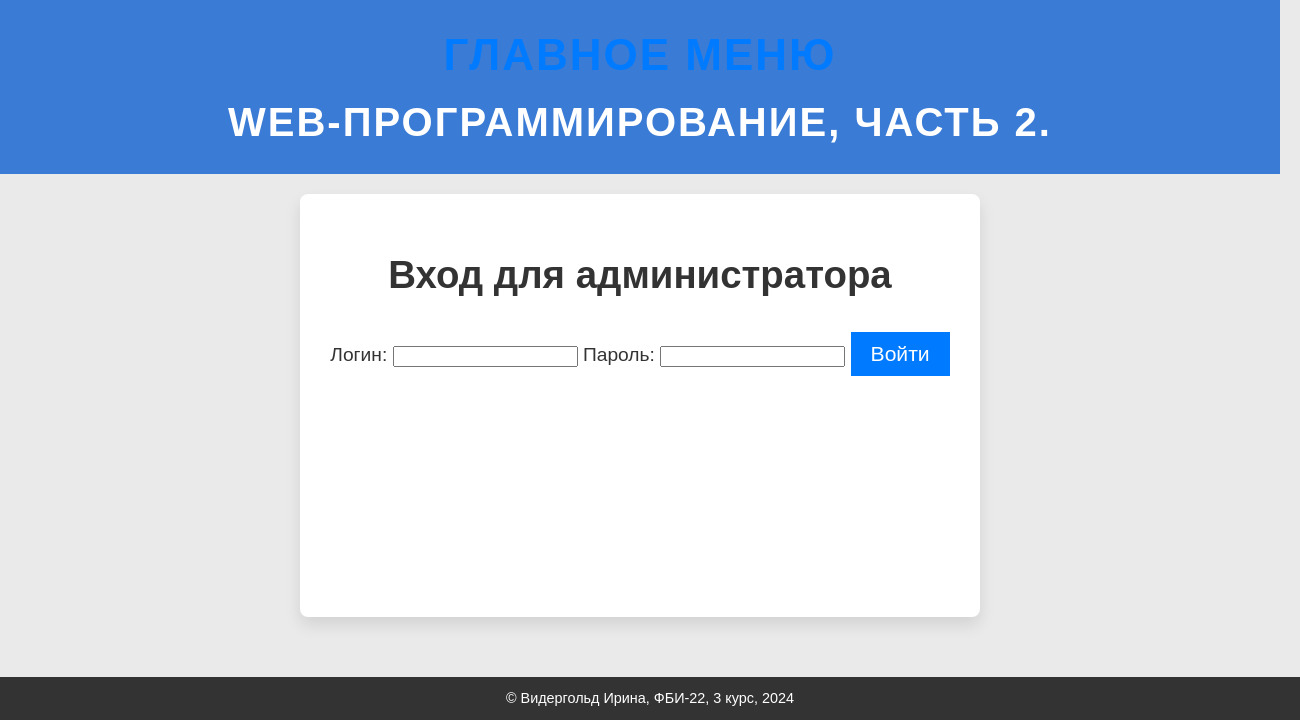
Repository: vidergooold/web-programming-labs_2-
Page: templates/rgz/login.html
An editor plug-in stored every save of this project. The page is shown before and after a run of saves, followed by the edit.
The browser window is 1280 px wide. The page is 1300 px wide, so the pictures cover 1300 px, including what lies to the right of the window. The pictures show the whole page.
The page is served by the project's application, run on Flask 3 (app.py). Other server files are loaded and not shown. The template is opened directly, without the code that normally fills it, so the values that code supplies are empty.

Above is the page before, as saved 2024-11-25 00:00:11.

### templates/rgz/login.html
{% extends "base.html" %}
{% block main %}
<h1>Вход для администратора</h1>
<form method="post">
    <label>Логин: <input type="text" name="username"></label>
    <label>Пароль: <input type="password" name="password"></label>
    <button type="submit">Войти</button>
</form>
{% endblock %}

<h1>Вход для администратора</h1>
<form method="post">
    <label>Логин: <input type="text" name="username" required></label><br>
    <label>Пароль: <input type="password" name="password" required></label><br>
    <button type="submit">Войти</button>
</form>
<a href="{{ url_for('rgz.books_list') }}">Вернуться к списку книг</a>

### templates/base.html
<!DOCTYPE html>
<html lang="ru">
<head>
    <meta charset="UTF-8">
    <meta name="viewport" content="width=device-width, initial-scale=1.0">
    <title>Видергольд Ирина. {% block lab %}{% endblock %}</title>
    <link rel="stylesheet" href="{{ url_for('static', filename='main.css' )}}">
    <link rel="icon" href="{{ url_for('static', filename='favicon.ico') }}" type="image/x-icon">

    <style>
        body {
            {% if request.cookies.get('color') %}
            color: {{ request.cookies.get('color') }};
            {% endif %}
            {% if request.cookies.get('background_color') %}
            background-color: {{ request.cookies.get('background_color') }};
            {% endif %}
            {% if request.cookies.get('font_size') %}
            font-size: {{ request.cookies.get('font_size') }}px;
            {% endif %}
            {% if request.cookies.get('font_style') %}
            font-style: {{ request.cookies.get('font_style') }};
            {% endif %}
        }
    </style>
    {% block script %}{% endblock %}
</head>
<body>
    <header>
        <a href="/">Главное меню</a><br>
        WEB-программирование, часть 2. {{ self.lab() }}
    </header>

    <main>
        {% block main %}{% endblock %}
    </main>

    <footer>
        &copy; Видергольд Ирина, ФБИ-22, 3 курс, 2024
    </footer>
</body>
</html>

### app.py
from flask import Flask, url_for
from dotenv import load_dotenv
import os
from lab1 import lab1
from lab2 import lab2
from lab3 import lab3
from lab4 import lab4
from lab5 import lab5
from lab6 import lab6

load_dotenv()

app = Flask(__name__)
# Чтение секретного ключа и типа базы данных из переменных окружения
app.config['SECRET_KEY'] = os.getenv('SECRET_KEY', 'секретно-секретный секрет')
app.config['DB_TYPE'] = os.getenv('DB_TYPE', 'sqlite')

app.register_blueprint(lab1, url_prefix='/lab1')
app.register_blueprint(lab2, url_prefix='/lab2')
app.register_blueprint(lab3, url_prefix='/lab3', name='lab3')
app.register_blueprint(lab4, url_prefix='/lab4')
app.register_blueprint(lab5, url_prefix='/lab5')
app.register_blueprint(lab6, url_prefix='/lab6')

# Глобальная переменная для отслеживания состояния ресурса
resource_created = False

@app.route("/")
@app.route("/index")
def index():
    css_path = url_for('static', filename='main.css')
    favicon_path = url_for('static', filename='favicon.ico')
    lab1_url = url_for('lab1.lab')
    lab2_url = url_for('lab2.lab_2')
    lab3_url = url_for('lab3.lab')
    lab4_url = url_for('lab4.lab')
    lab5_url = url_for('lab5.lab')
    lab6_url = url_for('lab6.lab')

    return f'''
<!doctype html>
<html>
    <head>
        <title>НГТУ, ФБ, Лабораторные работы</title>
        <link rel="stylesheet" type="text/css" href="{css_path}">
        <link rel="icon" href="{favicon_path}" type="image/x-icon">
    </head>
    <body>
        <div>
            <h1>НГТУ, ФБ, WEB-программирование, часть 2. Список лабораторных</h1>
            <nav>
                <ul>
                    <li><a href="{lab1_url}">Лабораторная 1</a></li>
                    <li><a href="{lab2_url}">Лабораторная 2</a></li>
                    <li><a href="{lab3_url}">Лабораторная 3</a></li>
                    <li><a href="{lab4_url}">Лабораторная 4</a></li>
                    <li><a href="{lab5_url}">Лабораторная 5</a></li>
                    <li><a href="{lab6_url}">Лабораторная 6</a></li>
                </ul>
            </nav>
        </div>
        <footer class="footer-home">
            <p>ФИО: Видергольд Ирина Сергеевна</p>
            <p>Группа: ФБИ-22</p>
            <p>Курс: 3</p>
            <p>Год: 2024</p>
        </footer>
    </body>
</html>
'''

# Обработчик для ошибки 404
@app.errorhandler(404)
def page_not_found(e):
    image_path = url_for('static', filename='/lab1/delulu.jpg')
    favicon_path = url_for('static', filename='favicon.ico')
    return f'''
<!doctype html>
<html>
    <head>
        <title>404 - Страница не найдена</title>
        <link rel="icon" href="{favicon_path}" type="image/x-icon">
        <style>
            body {{
                background-color: #f8f9fa;
                color: #333;
                font-family: Arial, sans-serif;
                text-align: center;
                padding: 50px;
            }}
            h1 {{
                font-size: 3em;
                margin-bottom: 20px;
                color: #ff6f61;
            }}
            p {{
                font-size: 1.2em;
                margin-bottom: 30px;
            }}
            img {{
                width: 300px;
                height: auto;
                margin-bottom: 30px;
            }}
            a {{
                text-decoration: none;
                color: #007bff;
                font-weight: bold;
            }}
            a:hover {{
                text-decoration: underline;
            }}
        </style>
    </head>
    <body>
        <h1>404 - Страница потерялась</h1>
        <p>Извините, но мы не можем найти нужную вам страницу.</p>
        <img src="{image_path}" alt="404 - Not Found">
        <p>Попробуйте вернуться на <a href="/">главную страницу</a> и продолжить навигацию оттуда.</p>
    </body>
</html>
''', 404

# Обработчик для ошибки 500
@app.errorhandler(500)
def internal_server_error(e):
    favicon_path = url_for('static', filename='favicon.ico')
    return f'''
<!doctype html>
<html>
    <head>
        <title>500 - Внутренняя ошибка сервера</title>
        <link rel="icon" href="{favicon_path}" type="image/x-icon">
    </head>
    <body>
        <h1>500 - Внутренняя ошибка сервера</h1>
        <p>На сервере произошла ошибка. Мы работаем над её исправлением.</p>
        <p>Пожалуйста, вернитесь на <a href="/">главную страницу</a> и попробуйте снова позже.</p>
    </body>
</html>
''', 500

### lab3.py
from flask import Blueprint, make_response, redirect, render_template, request

lab3 = Blueprint('lab3', __name__)

@lab3.route('/lab3/')
def lab():
    name = request.cookies.get('name')
    name_color = request.cookies.get('name_color')
    age = request.cookies.get('age')  # Добавляем получение возраста
    return render_template('lab3/lab3.html', name=name, name_color=name_color, age=age)

@lab3.route('/cookie')
def cookie():
    resp = make_response(redirect('/lab3/lab3'))
    resp.set_cookie('name', 'Alex', max_age=5)
    resp.set_cookie('age', '20')  # Устанавливаем возраст
    resp.set_cookie('name_color', 'magenta')
    return resp

@lab3.route('/del_cookie')
def del_cookie():
    resp = make_response(redirect('/lab3/lab3'))
    resp.delete_cookie('name')
    resp.delete_cookie('age')  # Удаляем возраст
    resp.delete_cookie('name_color')
    return resp

@lab3.route('/lab3/form1')
def form1():
    errors = {}
    user = request.args.get('user')
    if user == '':
        errors['user'] = 'Заполните поле!'

    age = request.args.get('age')
    if age == '':
        errors['age'] = 'Заполните поле!'

    age = request.args.get('age')
    sex = request.args.get('sex')
    return render_template('lab3/form1.html', user=user, age=age, sex=sex, errors=errors)

@lab3.route('/lab3/order')
def order():
    return render_template('lab3/order.html')

@lab3.route('/lab3/pay')
def pay():
    price = 0
    drink = request.args.get('drink')
    # Пусть кофе стоит 120 рублей, черный чай - 80, зеленый - 70 рублей
    if drink == 'coffee':
        price = 120
    elif drink == 'black-tea':
        price = 80
    else:
        price = 70

    # Добавка молока удоражает напиток на 30 рублей, а сахара - на 10
    if request.args.get('milk') == 'on':
        price += 30
    if request.args.get('sugar') == 'on':
        price += 10

    return render_template('lab3/pay.html', price=price)

@lab3.route('/lab3/success')
def success():
    # Получаем сумму из запроса (она была рассчитана на странице оплаты)
    price = request.args.get('price')
    return render_template('lab3/success.html', price=price)

@lab3.route('/lab3/settings', methods=['GET', 'POST'])
def settings():
    if request.method == 'POST':
        # Получаем выбранные настройки из формы
        color = request.form.get('color')
        background_color = request.form.get('background_color')
        font_size = request.form.get('font_size')
        font_style = request.form.get('font_style')

        # Устанавливаем куки с настройками и перенаправляем на эту же страницу
        resp = make_response(redirect('/lab3/lab3/settings'))
        if color:
            resp.set_cookie('color', color)
        if background_color:
            resp.set_cookie('background_color', background_color)
        if font_size:
            resp.set_cookie('font_size', font_size)
        if font_style:
            resp.set_cookie('font_style', font_style)
        return resp

    # Получаем настройки из куки, если они есть
    color = request.cookies.get('color')
    background_color = request.cookies.get('background_color')
    font_size = request.cookies.get('font_size')
    font_style = request.cookies.get('font_style')

    # Рендерим страницу с текущими настройками из куки
    return make_response(render_template('lab3/settings.html', color=color, background_color=background_color, font_size=font_size, font_style=font_style))

@lab3.route('/lab3/ticket_form', methods=['GET', 'POST'])
def ticket_form():
    if request.method == 'POST':
        fio = request.form.get('fio')
        shelf = request.form.get('shelf')
        bedding = 'bedding' in request.form
        baggage = 'baggage' in request.form
        age = int(request.form.get('age'))
        departure = request.form.get('departure')
        destination = request.form.get('destination')
        date = request.form.get('date')
        insurance = 'insurance' in request.form

        errors = {}

        if not fio:
            errors['fio'] = 'Заполните поле ФИО!'
        if not shelf:
            errors['shelf'] = 'Выберите полку!'
        if not departure:
            errors['departure'] = 'Заполните пункт выезда!'
        if not destination:
            errors['destination'] = 'Заполните пункт назначения!'
        if not date:
            errors['date'] = 'Выберите дату поездки!'
        if age < 1 or age > 120:
            errors['age'] = 'Возраст должен быть от 1 до 120 лет!'

        if errors:
            return render_template('lab3/ticket_form.html', errors=errors)

        # Расчет цены билета
        base_price = 700 if age < 18 else 1000
        if shelf in ['нижняя', 'нижняя боковая']:
            base_price += 100
        if bedding:
            base_price += 75
        if baggage:
            base_price += 250
        if insurance:
            base_price += 150

        return render_template('lab3/ticket.html', fio=fio, shelf=shelf, bedding=bedding, baggage=baggage, age=age, departure=departure, destination=destination, date=date, insurance=insurance, price=base_price)

    return render_template('lab3/ticket_form.html')

products = [
    {"name": "Смартфон Apple iPhone 13", "price": 79990, "brand": "Apple", "color": "синий"},
    {"name": "Смартфон Samsung Galaxy S21", "price": 64990, "brand": "Samsung", "color": "черный"},
    {"name": "Смартфон Xiaomi Mi 11", "price": 49990, "brand": "Xiaomi", "color": "белый"},
    {"name": "Смартфон Huawei P40 Pro", "price": 59990, "brand": "Huawei", "color": "серебристый"},
    {"name": "Смартфон OnePlus 9 Pro", "price": 69990, "brand": "OnePlus", "color": "зеленый"},
    {"name": "Смартфон Google Pixel 6", "price": 54990, "brand": "Google", "color": "серый"},
    {"name": "Смартфон Sony Xperia 1 III", "price": 89990, "brand": "Sony", "color": "черный"},
    {"name": "Смартфон Motorola Edge 20", "price": 39990, "brand": "Motorola", "color": "синий"},
    {"name": "Смартфон Oppo Reno 6", "price": 44990, "brand": "Oppo", "color": "золотой"},
    {"name": "Смартфон Vivo X60", "price": 47990, "brand": "Vivo", "color": "черный"},
    {"name": "Смартфон Realme GT", "price": 34990, "brand": "Realme", "color": "желтый"},
    {"name": "Смартфон Nokia 8.3", "price": 32990, "brand": "Nokia", "color": "синий"},
    {"name": "Смартфон LG Velvet", "price": 29990, "brand": "LG", "color": "белый"},
    {"name": "Смартфон Asus ROG Phone 5", "price": 59990, "brand": "Asus", "color": "черный"},
    {"name": "Смартфон ZTE Axon 30", "price": 37990, "brand": "ZTE", "color": "синий"},
    {"name": "Смартфон Lenovo Legion Duel 2", "price": 54990, "brand": "Lenovo", "color": "серый"},
    {"name": "Смартфон TCL 20 Pro 5G", "price": 42990, "brand": "TCL", "color": "синий"},
    {"name": "Смартфон Alcatel 3X", "price": 14990, "brand": "Alcatel", "color": "черный"},
    {"name": "Смартфон Honor 50", "price": 39990, "brand": "Honor", "color": "синий"},
    {"name": "Смартфон Tecno Camon 17", "price": 12990, "brand": "Tecno", "color": "синий"},
]

@lab3.route('/lab3/search_form', methods=['GET', 'POST'])
def search_form():
    if request.method == 'POST':
        min_price = float(request.form.get('min_price'))
        max_price = float(request.form.get('max_price'))

        filtered_products = [product for product in products if min_price <= product['price'] <= max_price]

        return render_template('lab3/search_results.html', products=filtered_products)

    return render_template('lab3/search_form.html')

@lab3.route('/lab3/clear_cookies')
def clear_cookies():
    resp = make_response(redirect('/lab3/lab3/settings'))
    resp.delete_cookie('color')
    resp.delete_cookie('background_color')
    resp.delete_cookie('font_size')
    resp.delete_cookie('font_style')
    return resp

### static/main.css
/* Общие стили для всего приложения */
body {
    font-family: 'Arial', sans-serif;
    background-color: #eaeaea;
    color: #333;
    line-height: 1.6;
    margin: 0;
    padding: 0;
    display: flex;
    flex-direction: column;
    min-height: 100vh; /* Задаем минимальную высоту для всего body */
}

/* Стили для header */
header {
    background-color: #3a7bd5;
    color: white;
    padding: 20px;
    text-align: center;
    font-size: 2.5em;
    font-weight: bold;
    text-transform: uppercase;
    letter-spacing: 2px;
}

/* Стили для main */
main {
    background-color: #ffffff;
    padding: 30px;
    margin: 20px auto;
    max-width: 800px;
    box-shadow: 0 8px 16px rgba(0, 0, 0, 0.1);
    border-radius: 8px;
    font-size: 1.2em;
    flex: 1; /* Главный контент занимает всю доступную высоту */
}

/* Стили для footer */
footer {
    background-color: #333;
    color: white;
    text-align: center;
    padding: 10px;  /* Увеличенный padding для более просторного футера */
    font-size: 0.9em;
    margin-top: 40px;
    width: 100%;
}

/* Стили для футера главной страницы */
.footer-home {
    position: fixed; /* Закрепляем футер внизу окна */
    bottom: 0;
    left: 0;
    right: 0;
    background-color: #333;
    color: white;
    text-align: center;
    padding: 20px;
    font-size: 0.9em;
    width: 100%;
    margin: 0; /* Убираем все отступы */
    box-sizing: border-box; /* Учитываем padding внутри ширины */
}

footer a {
    color: #4CAF50;
    text-decoration: none;
}

footer a:hover {
    text-decoration: underline;
}

/* Стили для заголовков и ссылок */
h1 {
    color: #2c3e50;
    text-align: center;
    margin-top: 20px;
}

a {
    color: #007bff;
    text-decoration: none;
    font-size: 1.1em;
}

a:hover {
    text-decoration: underline;
}

/* Стили для контейнера */
.container {
    max-width: 900px;
    margin: 0 auto;
    padding: 20px;
}

/* Стили для изображений */
img {
    width: 700px;
    height: auto;
    border-radius: 10px;
}

/* Стили для nav и списка */
nav ul {
    list-style: none;
    padding: 0;
    text-align: center;
}

nav ul li {
    display: inline-block;
    margin: 0 10px;
}

/* Дополнительные стили */
button {
    background-color: #007bff;
    color: white;
    border: none;
    padding: 10px 20px;
    cursor: pointer;
    font-size: 1.1em;
}

button:hover {
    background-color: #0056b3;
}

/* Стили для таблицы */
table {
    width: 100%;
    border-collapse: collapse;
    margin-bottom: 20px;
}

table, th, td {
    border: 1px solid #ccc;
}

th, td {
    padding: 10px;
    text-align: left;
}

th {
    background-color: #f2f2f2;
    font-weight: bold;
    font-size: 1.1em;
}

td {
    background-color: #fff;
    font-size: 1em;
}

h1 {
    text-align: center;
    font-size: 2em;
    margin-top: 20px;
    color: #333;
}

/* Стили для карточек ягод */
.berry-list {
    display: flex;
    justify-content: space-around; /* Распределение карточек с равными отступами */
    align-items: flex-start; /* Выравнивание карточек по верхнему краю */
    flex-wrap: wrap; /* Карточки могут переноситься на новую строку при необходимости */
    margin: 0 auto;
    padding: 20px;
    max-width: 1200px; /* Делаем контейнер шире для всех карточек */
}

.berry-item {
    width: 220px; /* Ширина карточки, чтобы все ягоды были примерно одинакового размера */
    background-color: white;
    padding: 20px;
    margin: 10px;
    text-align: center;
    border: 1px solid #ddd;
    border-radius: 8px;
    box-shadow: 0 4px 8px rgba(0, 0, 0, 0.1);
    transition: transform 0.3s ease;
}

.berry-item img {
    width: 120px; /* Увеличиваем размер изображения для большей четкости */
    height: auto;
    margin-bottom: 15px;
}

.berry-item h3 {
    margin: 10px 0 5px;
    font-size: 18px;
    color: #333;
}

.berry-item p {
    font-size: 14px;
    color: #666;
}

.berry-item:hover {
    transform: translateY(-10px); /* Эффект при наведении */
}

.error {
    color: red;
    font-weight: bold;
    font-size: 0.9em;
    margin-left: 10px;
}

Loaded but not shown: lab4.py (283 lines, source omitted); lab2.py (295 lines, source omitted)

After the next 2 saves:
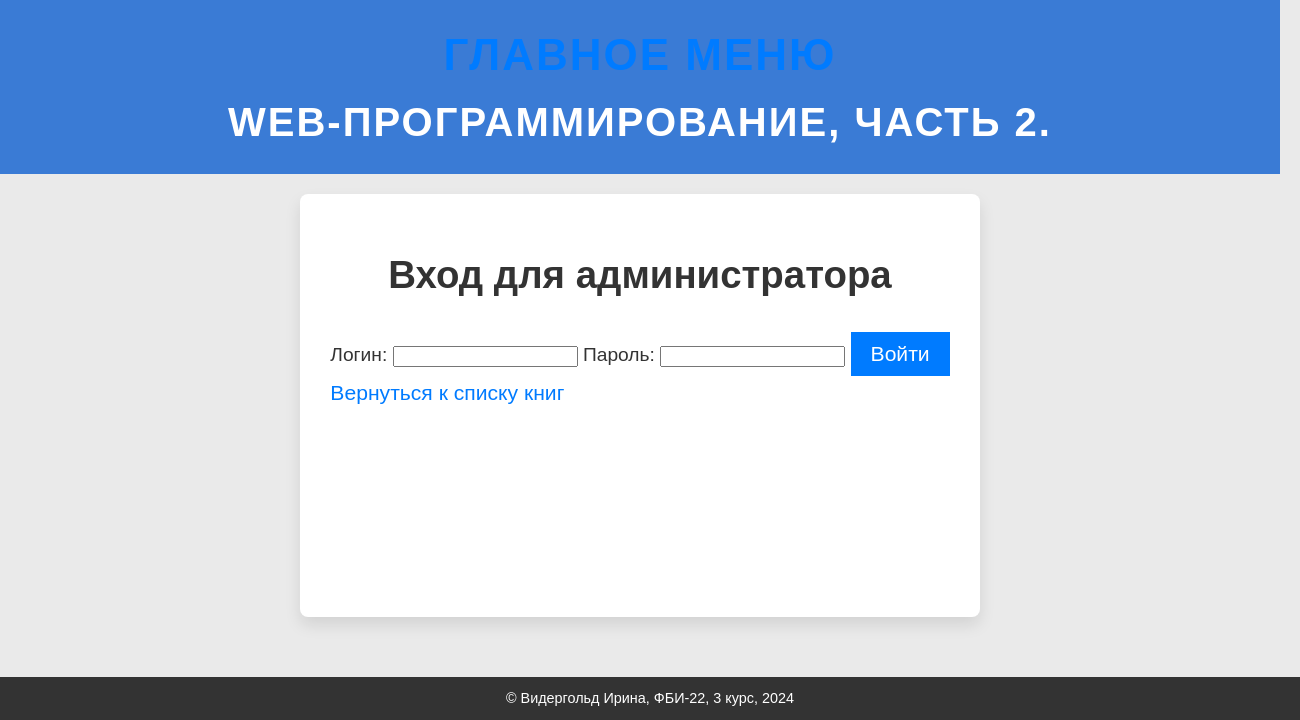
The 2 saves are shown as one change because they came seconds apart.
The last was saved 14 s later.
--- a/templates/rgz/login.html
+++ b/templates/rgz/login.html
@@ -6,12 +6,5 @@
     <label>Пароль: <input type="password" name="password"></label>
     <button type="submit">Войти</button>
 </form>
+<a href="{{ url_for('rgz.books_list') }}">Вернуться к списку книг</a>
 {% endblock %}
-
-<h1>Вход для администратора</h1>
-<form method="post">
-    <label>Логин: <input type="text" name="username" required></label><br>
-    <label>Пароль: <input type="password" name="password" required></label><br>
-    <button type="submit">Войти</button>
-</form>
-<a href="{{ url_for('rgz.books_list') }}">Вернуться к списку книг</a>
